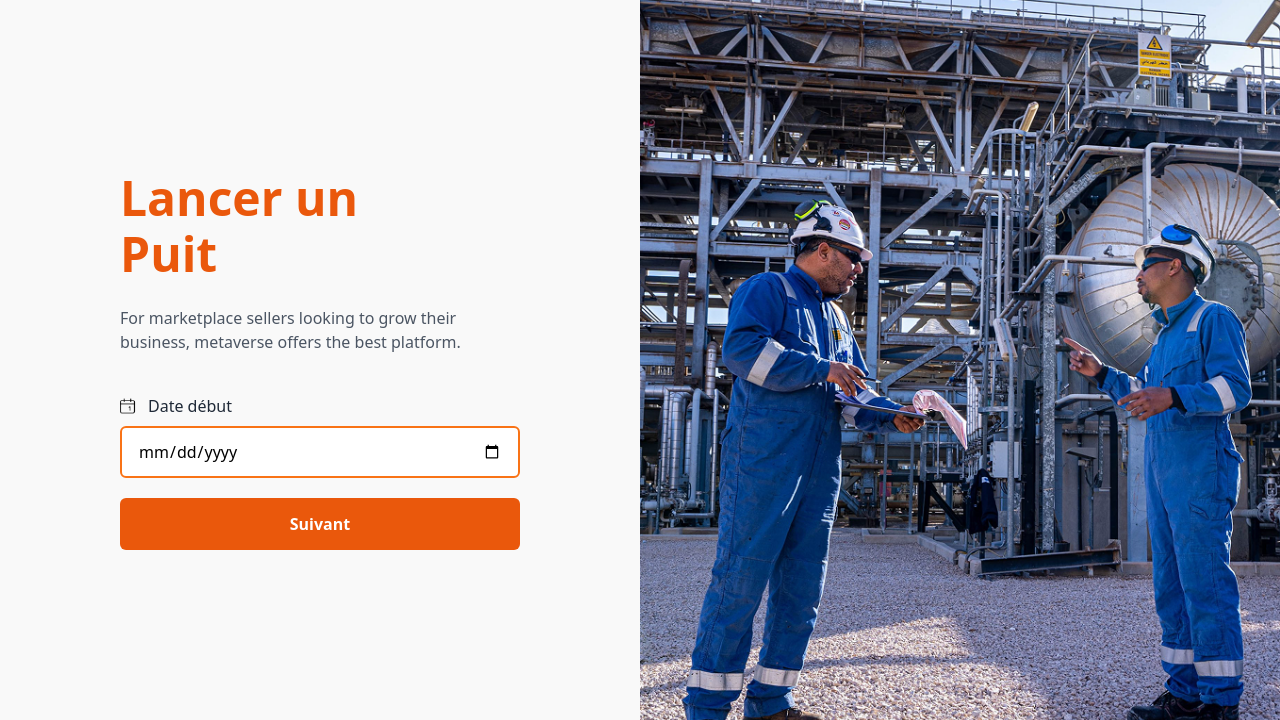
Repository: 123455675848484848484884848484/Projet_2cs
Page: /info-puit (app in front/)
An editor plug-in stored every save of this project. The page is shown before and after the next save, followed by the edit.
The browser window is 1280 px wide. The pictures show the whole page.
The project was rebuilt for these pictures with package versions that can differ from the ones it lists, and the page was loaded fresh each time. Also part of the build but not shown: front/src/App.css, front/src/Login.jsx.

Above is the page before, as saved 2025-04-23 18:03:27.

After the next save:
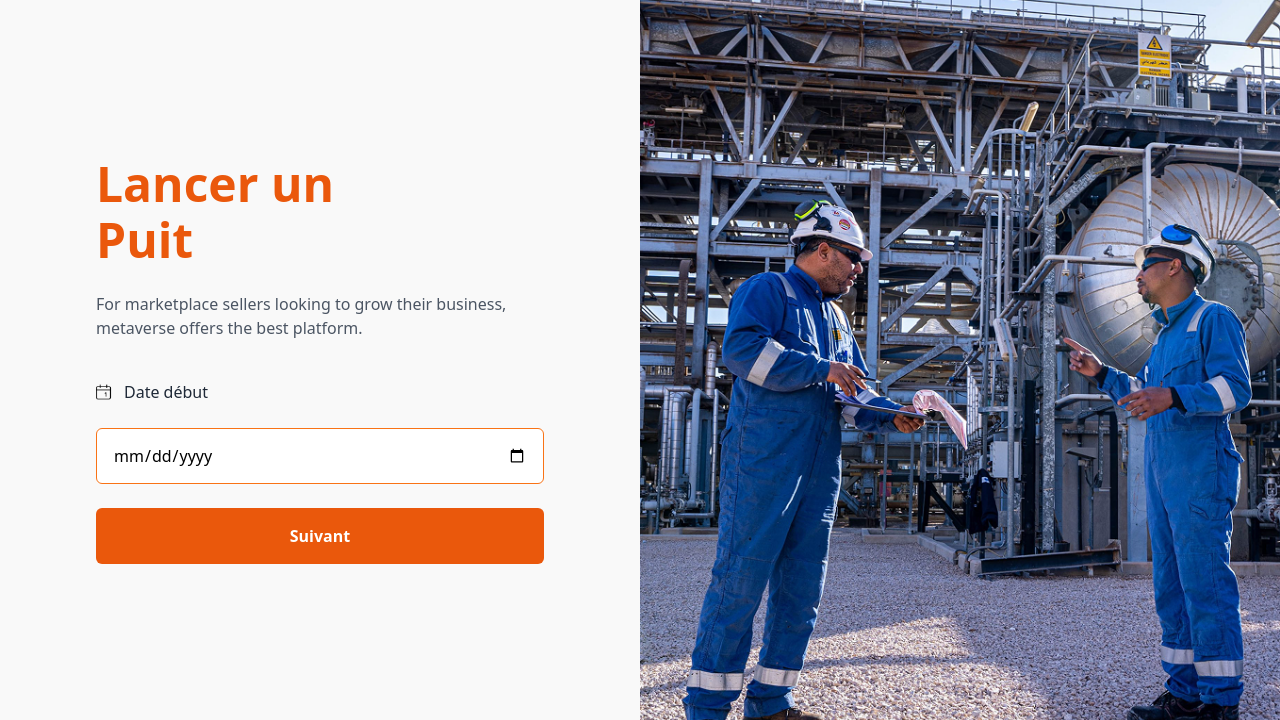
Saved 3 min 28 s later.
--- a/front/src/LancerPuit.jsx
+++ b/front/src/LancerPuit.jsx
@@ -9,40 +9,42 @@ const LancerPuit = () => {
   };
 
   return (
-    <div className="flex h-screen overflow-hidden">
+    <div className="flex h-screen">
       {/* Colonne gauche */}
-      <div className="w-1/2 bg-[#f9f9f9] flex items-center justify-center px-[80px]">
-        <div className="w-full max-w-[400px]">
-          <h1 className="text-[48px] font-bold leading-[56px] text-orange-600">
+      <div className="w-1/2 flex items-center justify-center bg-[#f9f9f9] px-24">
+        <div className="w-full max-w-[480px]">
+          <h1 className="text-[48px] leading-[56px] font-bold text-orange-600 mb-6">
             Lancer un <br /> Puit
           </h1>
 
-          <p className="text-[16px] text-gray-600 mt-6 mb-10 leading-[24px]">
+          <p className="text-[16px] text-gray-600 mb-10 leading-[24px]">
             For marketplace sellers looking to grow their business, metaverse offers the best platform.
           </p>
 
-          <form onSubmit={handleSubmit} className="space-y-5">
-            <div className="space-y-2">
-              <div className="flex items-center gap-2">
-                <img src="/date.png" alt="date icon" className="w-5 h-5" />
-                <label htmlFor="dateDebut" className="text-[16px] font-medium text-gray-800">
-                  Date début
-                </label>
-              </div>
-
-              <input
-                type="date"
-                id="dateDebut"
-                value={dateDebut}
-                onChange={(e) => setDateDebut(e.target.value)}
-                className="w-full h-[52px] text-[16px] px-4 border-2 border-orange-500 rounded-md focus:outline-none focus:ring-2 focus:ring-orange-600"
-                required
-              />
+          <form onSubmit={handleSubmit} className="flex flex-col gap-6">
+            {/* Label avec icône */}
+            <div className="flex items-center gap-2">
+              <img src="/date.png" alt="date icon" className="w-5 h-5" />
+              <label htmlFor="dateDebut" className="text-[16px] font-medium text-gray-800">
+                Date début
+              </label>
             </div>
 
+            {/* Champ de date */}
+            <input
+              type="date"
+              id="dateDebut"
+              value={dateDebut}
+              onChange={(e) => setDateDebut(e.target.value)}
+              placeholder="jj/mm/aaaa"
+              className="w-full h-[56px] border border-orange-500 rounded-md px-4 text-[16px] focus:outline-none focus:ring-2 focus:ring-orange-600"
+              required
+            />
+
+            {/* Bouton */}
             <button
               type="submit"
-              className="w-full h-[52px] bg-orange-600 hover:bg-orange-700 text-white text-[16px] font-semibold rounded-md transition"
+              className="w-full h-[56px] bg-orange-600 hover:bg-orange-700 text-white text-[16px] font-semibold rounded-md"
             >
               Suivant
             </button>
